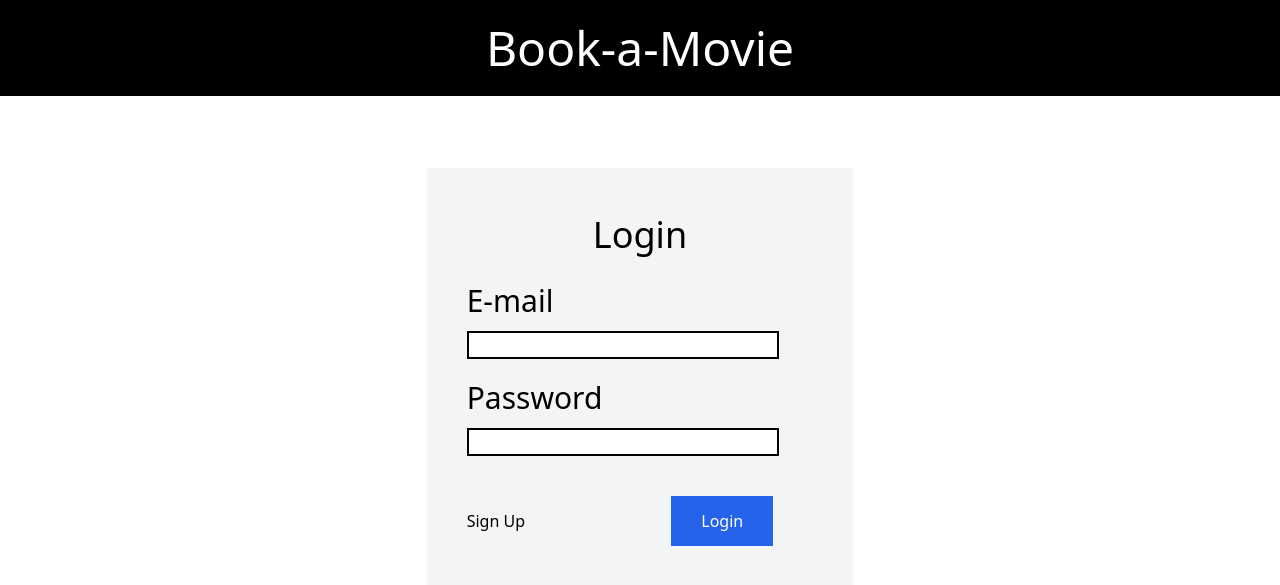
Repository: BhumilModi/movie-booking-app-assignment
Page: /
The author's editor kept a copy of each file at every save. The page is drawn from the files as they stood at one save, then again after the next save.
The browser window is 1280 px wide. The pictures show the whole page.
The project was rebuilt for these pictures with package versions that can differ from the ones it lists, and the page was loaded fresh each time. Also part of the build but not shown: src/App.css, src/components/SignUp.jsx.

Above is the page before, as saved 2022-11-29 18:53:49.

### src/App.js
import { BrowserRouter, Route, Router, Routes } from 'react-router-dom';
import './App.css';
import Login from './components/Login';
import SignUp from './components/SignUp';
function App() {

  return (
    <BrowserRouter>

      <Routes>
        <Route path='/' element={<Login />} />
        <Route path='/signUp' element={<SignUp />} />
      </Routes>
    </BrowserRouter>
  );
}

export default App;

### src/components/Login.jsx
import React from "react";
import {Link} from "react-router-dom";
import Navbar from "./Navbar";

function Login() {
  return (
    <div className="flex flex-col justify-center items-center">
      <Navbar />
      <div className="h-[60vh] bg-gray-100 w-1/3 my-[10vh] flex flex-col p-[40px]">
        <div className="text-[36px] mx-auto">Login</div>
        <div className="text-[30px] mt-4 mb-2">E-mail</div>
        <input type="text" className="w-[90%] border-2 border-black" />
        <div className="text-[30px] mt-4 mb-2">Password</div>
        <input type="password" className="w-[90%] border-2 border-black" />
        <div className="flex justify-between items-center mt-10 mr-10">
          {/* <p className="text-[24px] ml-5 text-blue-600 cursor-pointer">
            Sign-Up
          </p> */}
          <Link to="signUp">Sign Up</Link>
          <button className="bg-blue-600 w-1/3 h-[50px] text-white">
            Login
          </button>
        </div>
      </div>
    </div>
  );
}

export default Login;

### src/components/Navbar.jsx
import React from "react";

function Navbar() {
  return (
    <div className="h-24 bg-black flex justify-center items-center w-full">
      <div className="text-white text-[48px]">Book-a-Movie</div>
    </div>
  );
}

export default Navbar;

Loaded but not shown: public/index.html (common file); src/index.js (common file); src/index.css (common file); tailwind.config.js (common file)

After the next save:
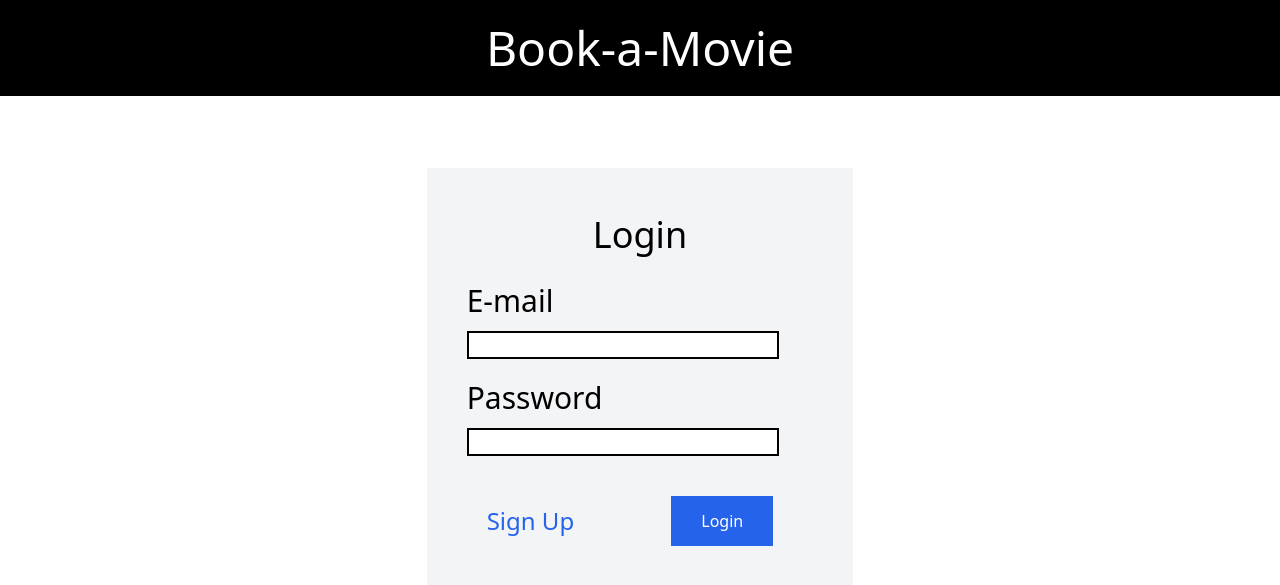
Saved 17 s later.
--- a/src/components/Login.jsx
+++ b/src/components/Login.jsx
@@ -16,7 +16,12 @@ function Login() {
           {/* <p className="text-[24px] ml-5 text-blue-600 cursor-pointer">
             Sign-Up
           </p> */}
-          <Link to="signUp">Sign Up</Link>
+          <Link
+            to="signUp"
+            className="text-[24px] ml-5 text-blue-600 cursor-pointer"
+          >
+            Sign Up
+          </Link>
           <button className="bg-blue-600 w-1/3 h-[50px] text-white">
             Login
           </button>
